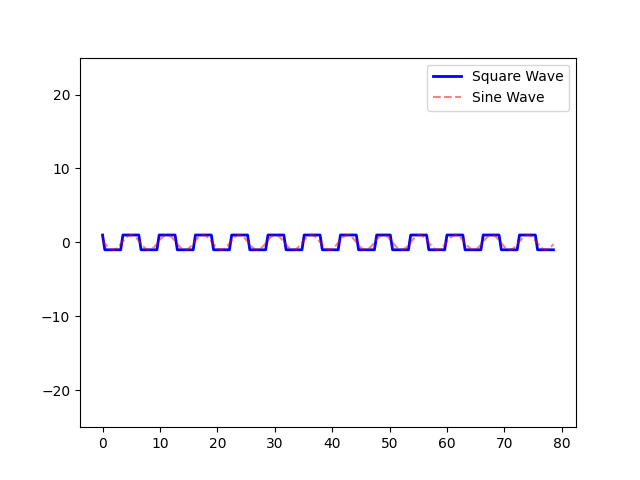
Repository: khulqu15/drone_smc_copppelia
Script's output: python py/realtime.py
These files come from the project's save history. The script's output is drawn as it stood at one moment and after the next save; the edit follows.
Animations are shown at an early frame. Random numbers start from a fixed seed.

Above is the script's output before, as saved 2024-06-24 00:53:22.

After the next save:
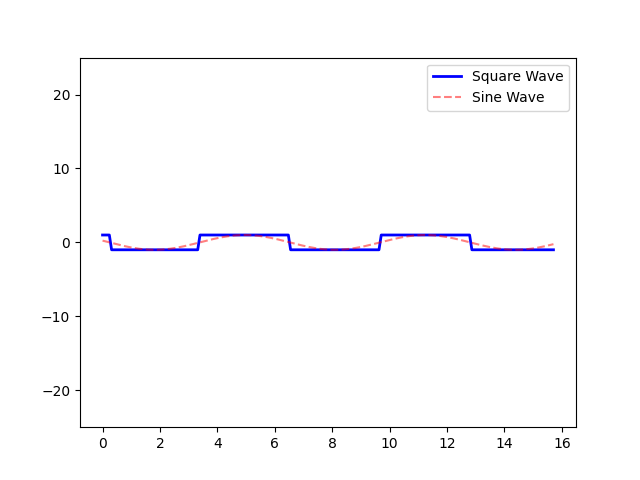
Saved 14 s later.
--- a/py/realtime.py
+++ b/py/realtime.py
@@ -4,7 +4,7 @@ import matplotlib.pyplot as plt
 # Initialize parameters and plot
 x_len = 200
 y_range = [-25, 25]
-xs = np.linspace(0, 25 * np.pi, x_len)
+xs = np.linspace(0, 5 * np.pi, x_len)
 ys = np.sin(xs)
 square_ys = np.sign(ys)
 
